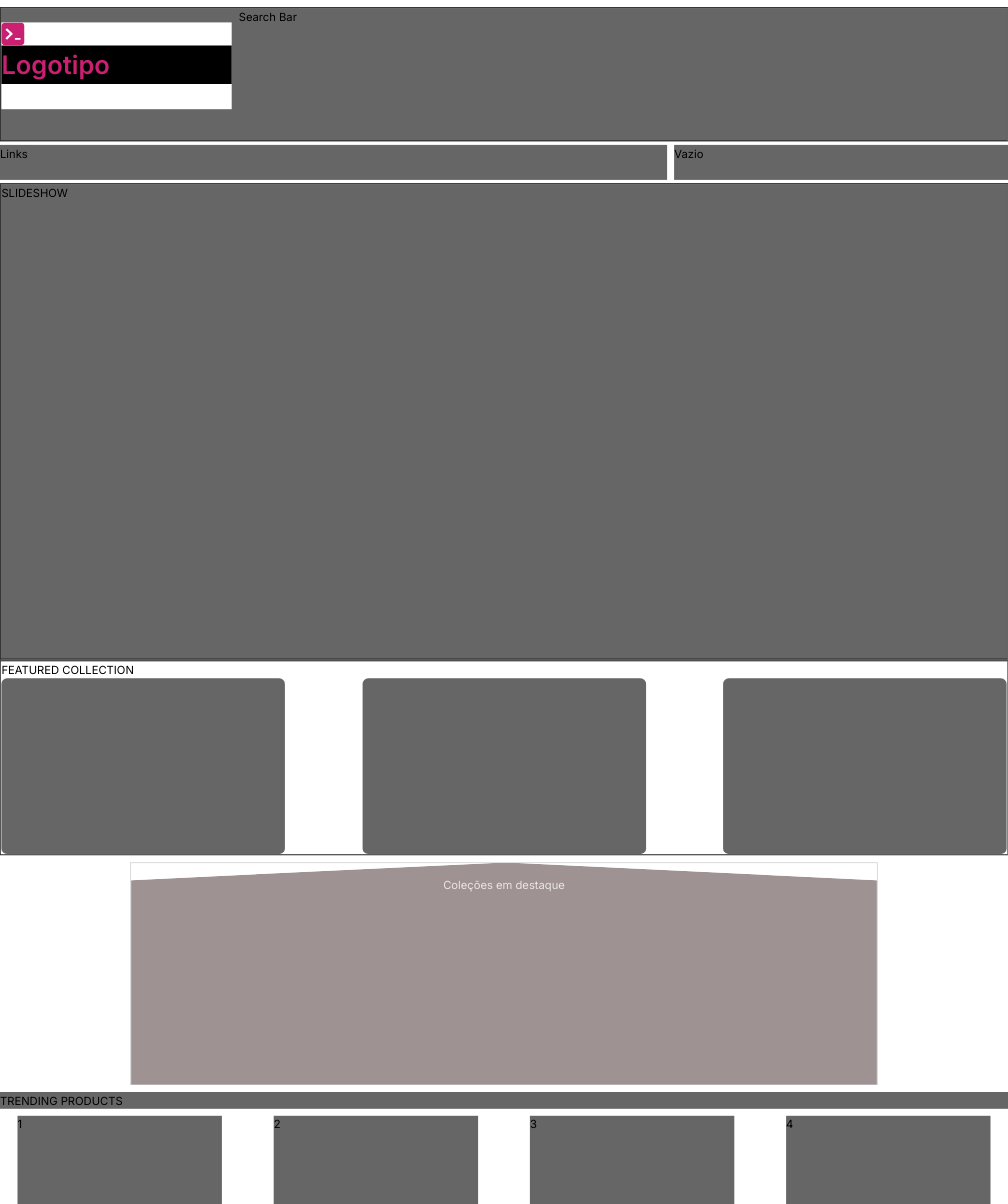
Repository: theophiloweb/landpage_disgital_store
Page: index.html
These files come from the project's save history. The page is drawn as it stood at one moment and after the next save; the edit follows.
The browser window is 1280 px wide. The page is 1440 px wide, so the pictures cover 1440 px, including what lies to the right of the window. The pictures show the part of the page from y = 0 to 1720 px (the page is 3178 px tall), at 70% of full size.

Above is the page before, as saved 2025-04-24 09:08:26.

After the next save:
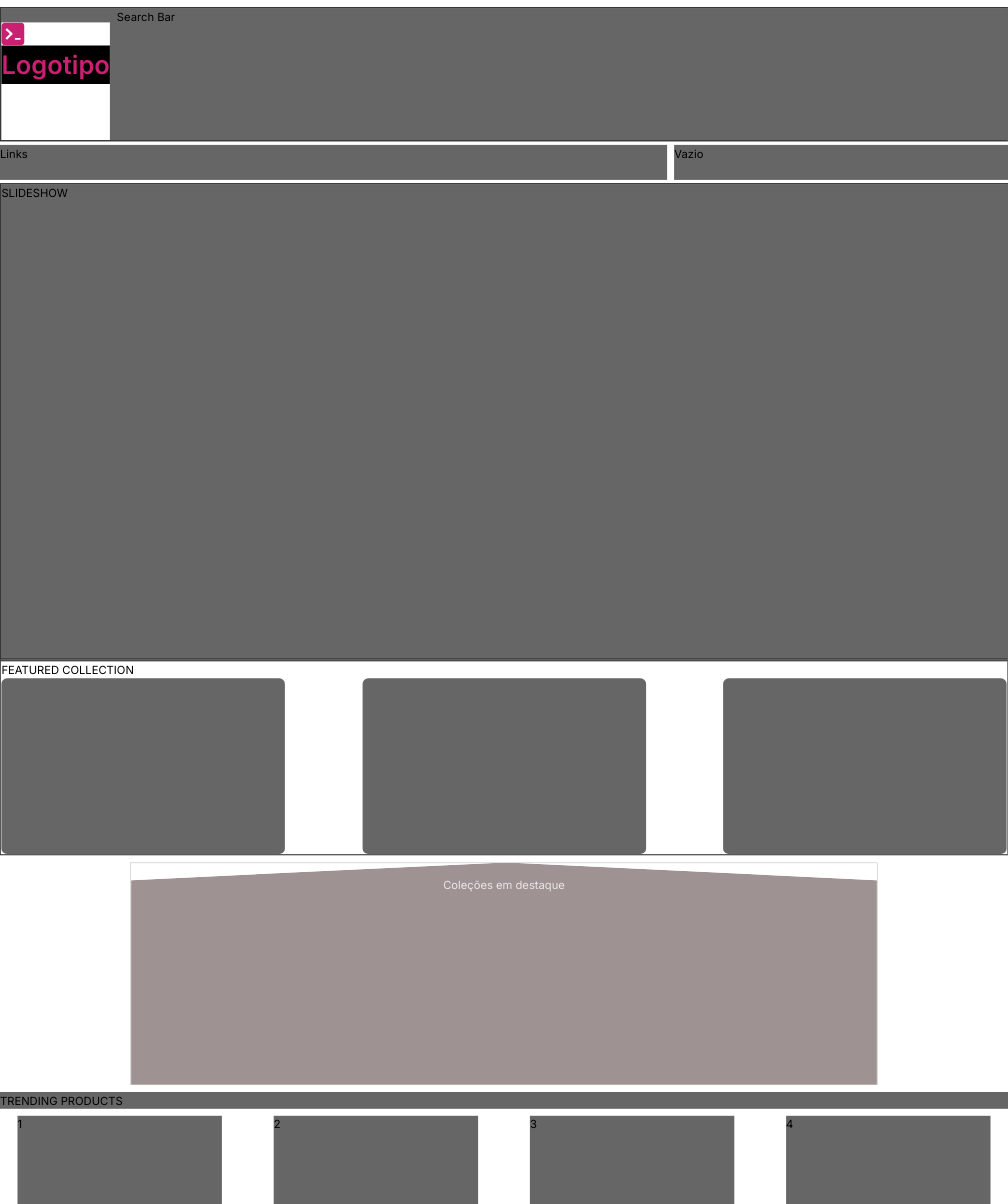
Saved 30 s later.
--- a/style.css
+++ b/style.css
@@ -58,8 +58,7 @@ header {
   display: grid;
   gap: 10px;
   grid-template-columns: 1fr 3fr;
-  width: 329px;
-  height: 124px;
+  grid-template-rows: 1fr;
   background-color: var(--white);
   margin-top: 20px;
   display: inline-block;
